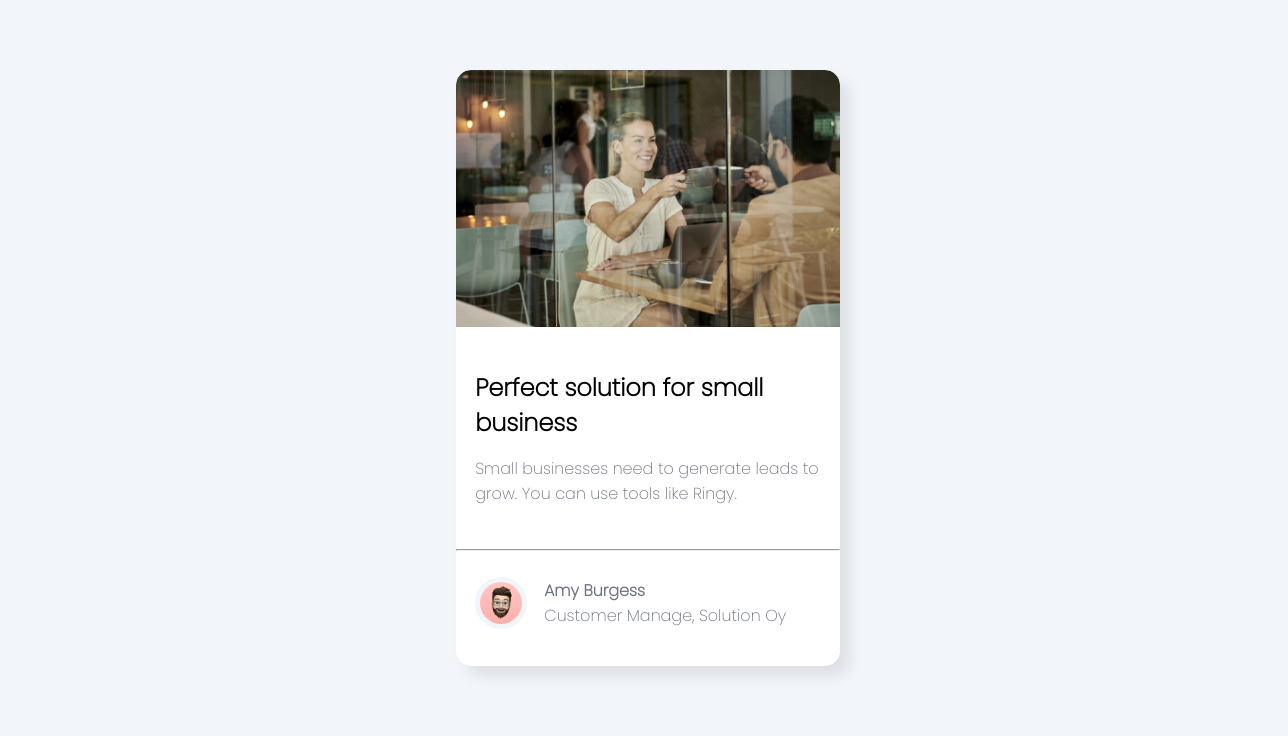
Repository: massndongo/business-blog-card
Page: index.html
An editor plug-in stored every save of this project. The page is shown before and after a run of saves, followed by the edit.
The browser window is 1280 px wide. The page is 1288 px wide, so the pictures cover 1288 px, including what lies to the right of the window. The pictures show the whole page.

Above is the page before, as saved 2023-11-08 05:24:02.

After the next 3 saves:
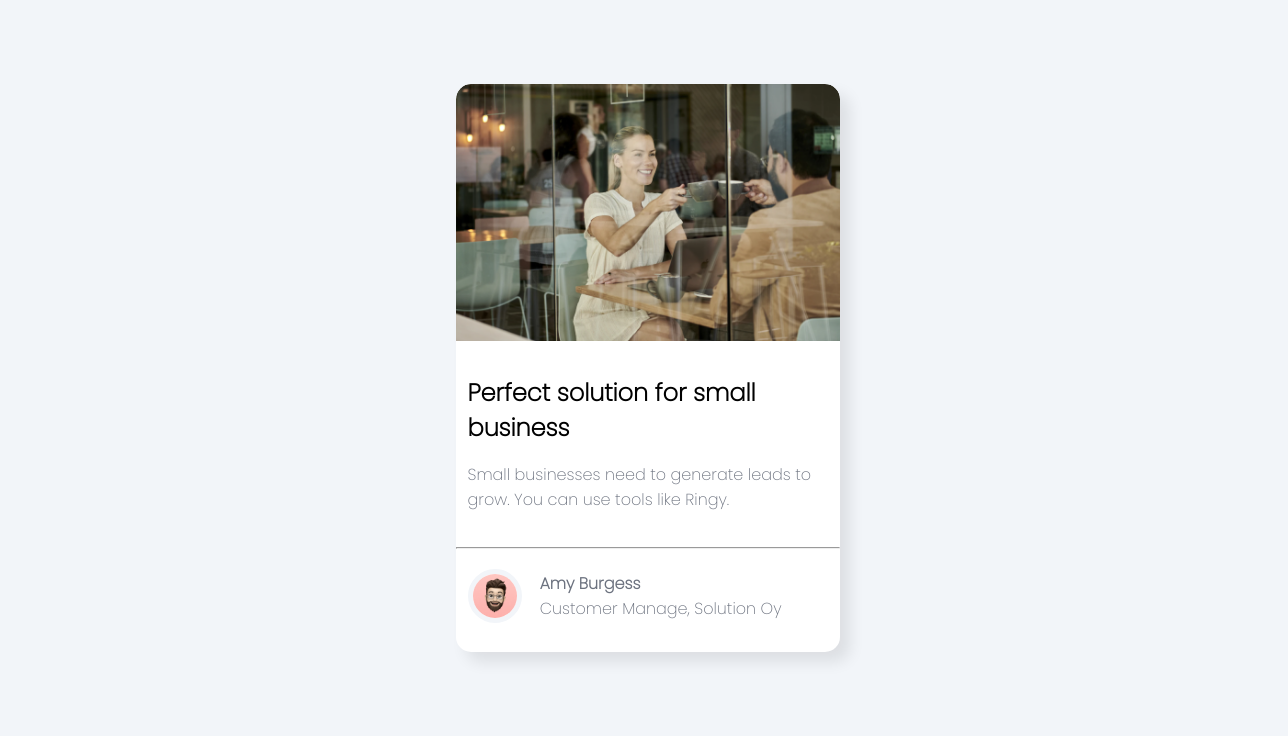
The 3 saves are shown as one change because they came seconds apart.
The last was saved 33 s later.
--- a/css/styles.css
+++ b/css/styles.css
@@ -55,7 +55,7 @@ body {
     font-weight: bolder;
 }
 .card-body, .card-footer {
-    padding: 5%;
+    padding: 3%;
 }
 .corps, .card-footer, hr{
     color: #6C727F
